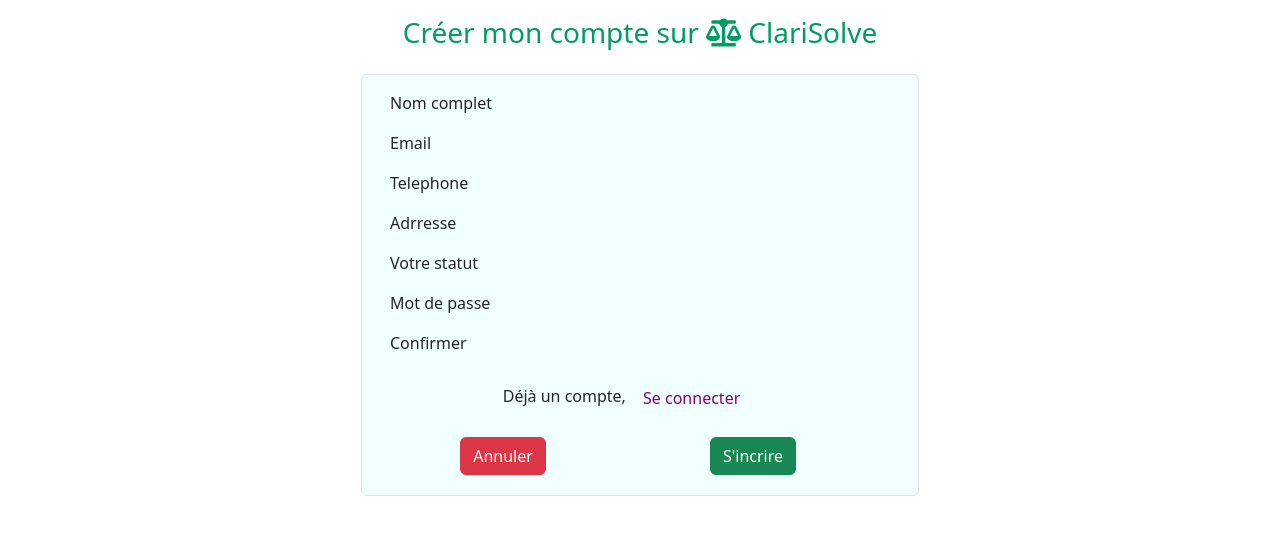
Repository: Senare1/PlaintEasy
Page: accounts/templates/accounts/signup.html
An editor plug-in stored every save of this project. The page is shown before and after the next save, followed by the edit.
The browser window is 1280 px wide. The pictures show the whole page.
The template is drawn by Django 4.2. The application's start-up code is not run. Other server files are loaded and not shown. The template is opened directly, without the code that normally fills it, so the values that code supplies are empty.

Above is the page before, as saved 2024-08-10 12:49:49.

### accounts/templates/accounts/signup.html
<!DOCTYPE html>
<html lang="en">
<head>
    <meta charset="UTF-8">
    <meta name="viewport" content="width=device-width, initial-scale=1.0">
    <title>Login to ClariSolve</title>
    <link href="https://cdn.jsdelivr.net/npm/bootstrap@5.3.0/dist/css/bootstrap.min.css" rel="stylesheet" />
    <link rel="stylesheet" href="https://cdnjs.cloudflare.com/ajax/libs/bootstrap-icons/1.10.0/font/bootstrap-icons.min.css">
    <link rel="stylesheet" href="https://cdnjs.cloudflare.com/ajax/libs/font-awesome/5.15.3/css/all.min.css" />
    <style>
        a.btn:hover{
            color:khaki
        }
        a.btn{
            color:purple;
        }
    </style>
</head>
<body>
    <form method="POST">
        {% csrf_token %}
        <div class="container m-auto">
            <h3 class="text-center py-3" style="color: #009d63;">
                Créer mon compte sur <i class="fa fa-balance-scale"></i> ClariSolve</h3>
                <div class="row mx-auto">
                    <div class="row border mx-auto rounded p-3 w-50" style="background-color: azure;">

                        <div class="row">
                            <div class="col-12 col-md-4 mb-3">
                                <label for="id_full_name">Nom complet</label>
                            </div>
                            <div class="col-12 col-md-8 mb-3">
                                {{ form.full_name }}
                            </div>
                        </div>

                        <div class="row">
                            <div class="col-12 col-md-4 mb-3">
                                <label for="id_email">Email</label>
                            </div>
                            <div class="col-12 col-md-8 mb-3">
                                {{ form.email }}
                            </div>
                        </div>

                        {% if form.errors %}
                        <div class="row mt-3">
                            <div class="col-12 alert alert-info alert-dismissible fade show mb-3 rounded-pill w-75" style="color: red;" role="alert">
                                {{ form.errors.phone }}
                                <button type="button" class="btn-close" data-bs-dismiss="alert" aria-label="Close"></button>
                            </div>
                        </div>
                        {% endif %}

                        <div class="row">
                            <div class="col-12 col-md-4 mb-3">
                                <label for="id_phone">Telephone</label>
                            </div>
                            <div class="col-12 col-md-8 mb-3">
                                {{ form.phone }}
                            </div>
                        </div>

                        {% if form.errors %}
                        <div class="row mt-3">
                            <div class="col-12 alert alert-info alert-dismissible fade show mb-3 rounded-pill w-75" style="color: red;" role="alert">
                                {{ form.errors.phone }}
                                <button type="button" class="btn-close" data-bs-dismiss="alert" aria-label="Close"></button>
                            </div>
                        </div>
                        {% endif %}

                        <div class="row">
                            <div class="col-12 col-md-4 mb-3">
                                <label for="id_address">Adrresse</label>
                            </div>
                            <div class="col-12 col-md-8 mb-3">
                                {{ form.address }}
                            </div>
                        </div>

                        <div class="row">
                            <div class="col-12 col-md-4 mb-3">
                                <label for="id_status">Votre statut</label>
                            </div>
                            <div class="col-12 col-md-8 mb-3">
                                {{ form.status }}
                            </div>
                        </div>

                        <div class="row">
                            <div class="col-12 col-md-4 mb-3">
                                <label for="id_password1">Mot de passe</label>
                            </div>
                            <div class="col-12 col-md-8 mb-3">
                                {{ form.password1 }}
                            </div>
                        </div>

                        <div class="row">
                            <div class="col-12 col-md-4 mb-3">
                                <label for="id_password2">Confirmer</label>
                            </div>
                            <div class="col-12 col-md-8 mb-3">
                                {{ form.password2 }}
                            </div>
                        </div>

                        <div class="row mt-2 text-center">
                            <p>
                                Déjà un compte, <a class="btn btn-white text-decoration-none" href="{% url 'login_email' %}">Se connecter</a></p>
                        </div>
                        <div class="row justify-content-center">
                            <div class="col text-center my-1">
                                <button type="reset" class="btn btn-danger">Annuler</button>
                            </div>
                            <div class="col text-center my-1">
                                <button type="submit" class="btn btn-success">S'incrire</button>
                            </div>
                        </div>

                    </div>
                </div>
            </div>
        </div>
    </form>
    <script src="https://cdn.jsdelivr.net/npm/bootstrap@5.3.0/dist/js/bootstrap.bundle.min.js"></script>
</body>
</html>

After the next save:
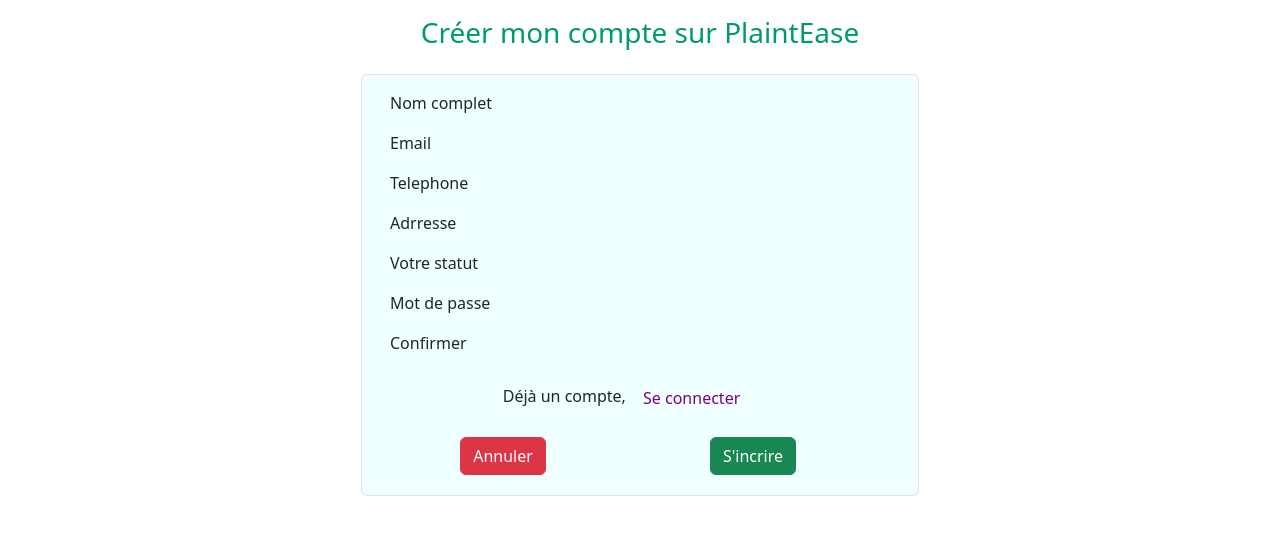
Saved 27 s later.
--- a/accounts/templates/accounts/signup.html
+++ b/accounts/templates/accounts/signup.html
@@ -21,7 +21,7 @@
         {% csrf_token %}
         <div class="container m-auto">
             <h3 class="text-center py-3" style="color: #009d63;">
-                Créer mon compte sur <i class="fa fa-balance-scale"></i> ClariSolve</h3>
+                Créer mon compte sur PlaintEase</h3>
                 <div class="row mx-auto">
                     <div class="row border mx-auto rounded p-3 w-50" style="background-color: azure;">
 
